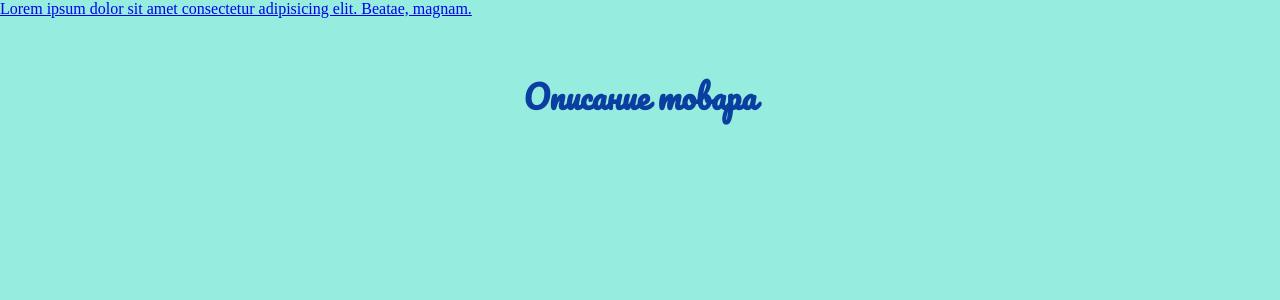
Repository: annamsklv/web
Page: seminar2_26.01/product page.html
The author's editor kept a copy of each file at every save. The page is drawn from the files as they stood at one save, then again after the next save.
The browser window is 1280 px wide. The pictures show the whole page.

Above is the page before, as saved 2023-02-01 20:06:02.

### seminar2_26.01/product page.html
<!DOCTYPE html>
<html lang="en">
<head>
    <meta charset="UTF-8">
    <meta http-equiv="X-UA-Compatible" content="IE-edge">
    <meta name="viewport" content="width=device-width, initial-scale=1.0">
    <div class="home">
        <a class="link" href="index.html">Lorem ipsum dolor sit amet consectetur adipisicing elit. Beatae, magnam.</a>
    </div>
    <title>Продукт</title>
    <link rel="preconnect" href="https://fonts.googleapis.com">
<link rel="preconnect" href="https://fonts.gstatic.com" crossorigin>
<link href="https://fonts.googleapis.com/css2?family=Pacifico&display=swap" rel="stylesheet">
    <link rel="stylesheet" href="product style.css">

</head>


<body>

    <div class="header">
    <div class="container"></div>
    <h1 class="title">Описание товара</h1>
    </div>
    </div>

    <div class="content">
        <div class="container">

        </div>
    </div>

<div class="footer">


</div>

</body>
</html>

### seminar2_26.01/product style.css
* {
    margin: 0;
    padding: 0;
}

body{
    background-color: rgb(150, 236, 222);
}
.container{
    width: 1200px;
    margin: 0 auto;
}

.title{
    text-align: center;
    margin-top: 50px;
    font-family: 'Pacifico';
    color: rgb(10, 63, 161);
}

After the next save:
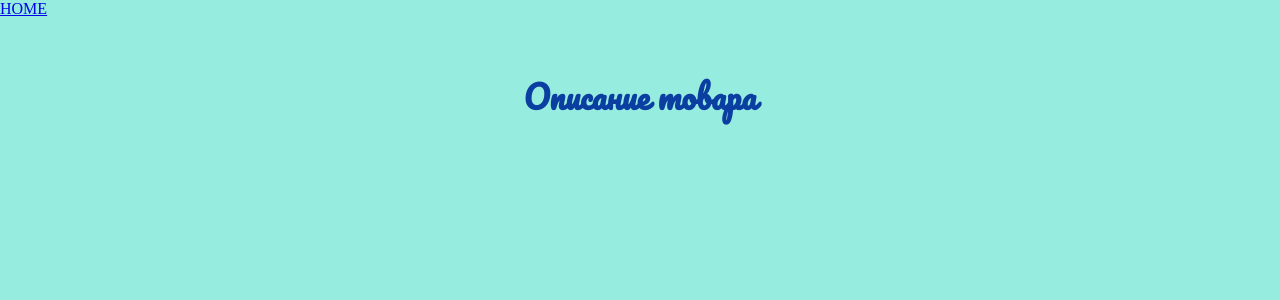
Saved 13 s later.
--- a/seminar2_26.01/product page.html
+++ b/seminar2_26.01/product page.html
@@ -5,7 +5,7 @@
     <meta http-equiv="X-UA-Compatible" content="IE-edge">
     <meta name="viewport" content="width=device-width, initial-scale=1.0">
     <div class="home">
-        <a class="link" href="index.html">Lorem ipsum dolor sit amet consectetur adipisicing elit. Beatae, magnam.</a>
+        <a class="link" href="index.html">HOME</a>
     </div>
     <title>Продукт</title>
     <link rel="preconnect" href="https://fonts.googleapis.com">
